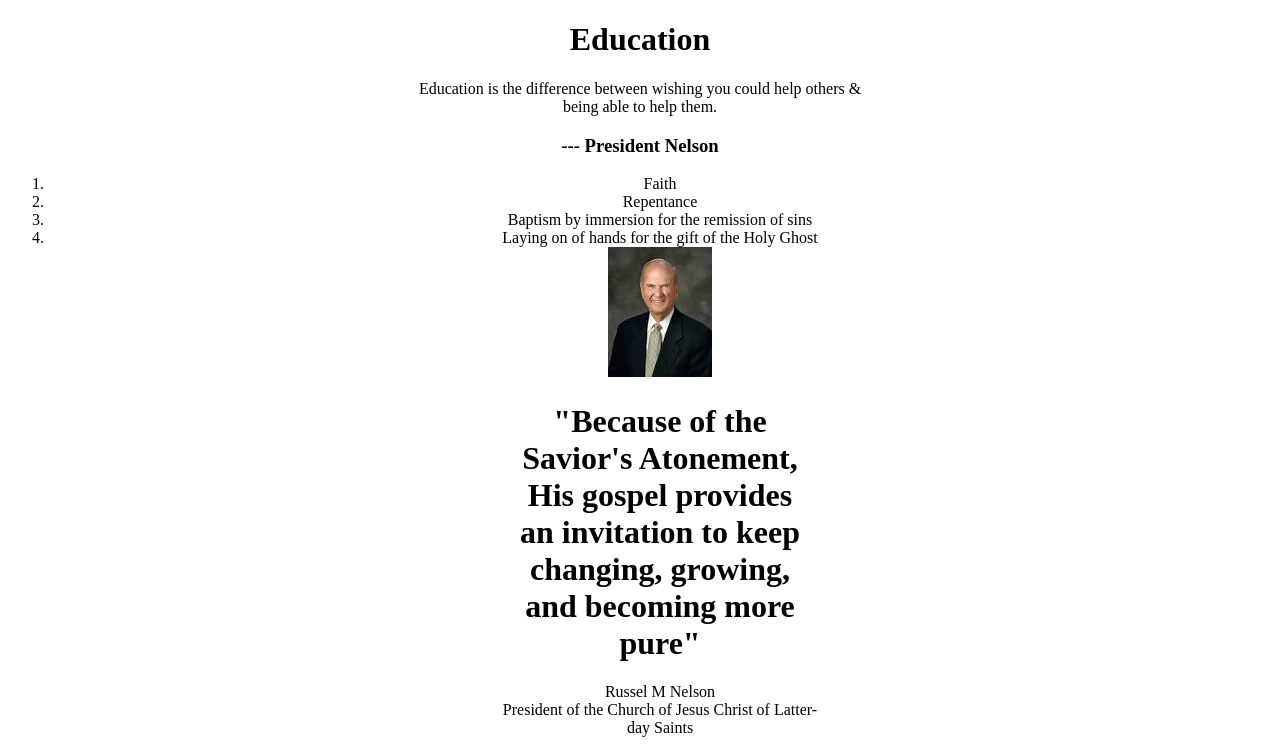
Repository: nak97/WDD-130
Page: ice challenge/index.html
These files come from the project's save history. The page is drawn as it stood at one moment and after the next save; the edit follows.
The browser window is 1280 px wide. The pictures show the whole page.

Above is the page before, as saved 2023-01-24 20:59:32.

After the next save:
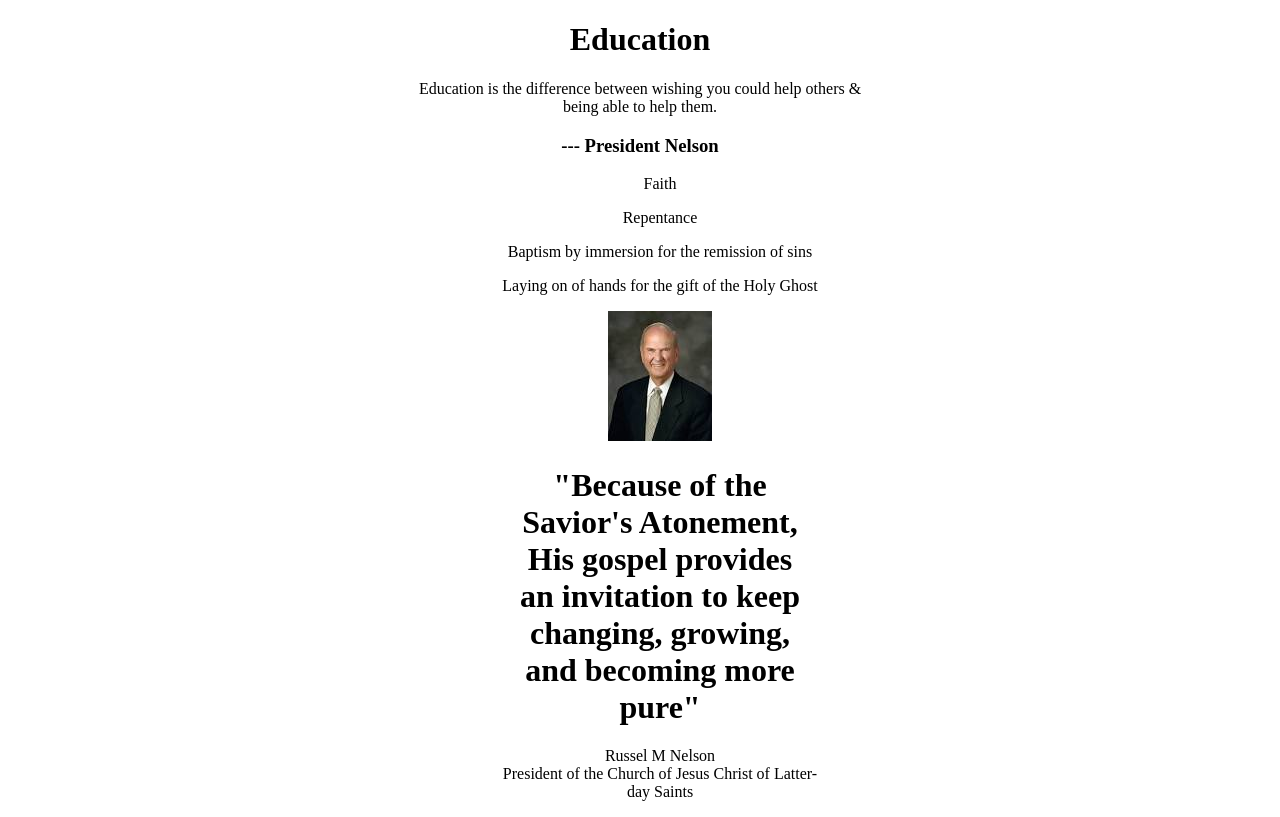
Saved 114 s later.
--- a/ice challenge/index.html
+++ b/ice challenge/index.html
@@ -16,10 +16,10 @@
    <p>Education is the difference between wishing you could help others & <br> being able to help them.</p>
    <h3>--- President Nelson</h3>
    <ol type="1">
-    <li>Faith</li>
-    <li>Repentance</li>
-    <li>Baptism by immersion for the remission of sins</li>
-    <li>Laying on of hands for the gift of the Holy Ghost</li>
+    <p>Faith</p>
+    <p>Repentance</p>
+    <p>Baptism by immersion for the remission of sins</p>
+    <p>Laying on of hands for the gift of the Holy Ghost</p>
     <img src="data:[embedded picture, 3119 characters]" alt="Pres Nelly">
 <h1>"Because of the <br> Savior's Atonement,<br> His gospel provides <br> an invitation to keep <br> changing, growing, <br> and becoming more <br> pure"</h1>
 <footer><p>Russel M Nelson <br>President of the Church of Jesus Christ of Latter- <br> day Saints</p>

After the save that followed:
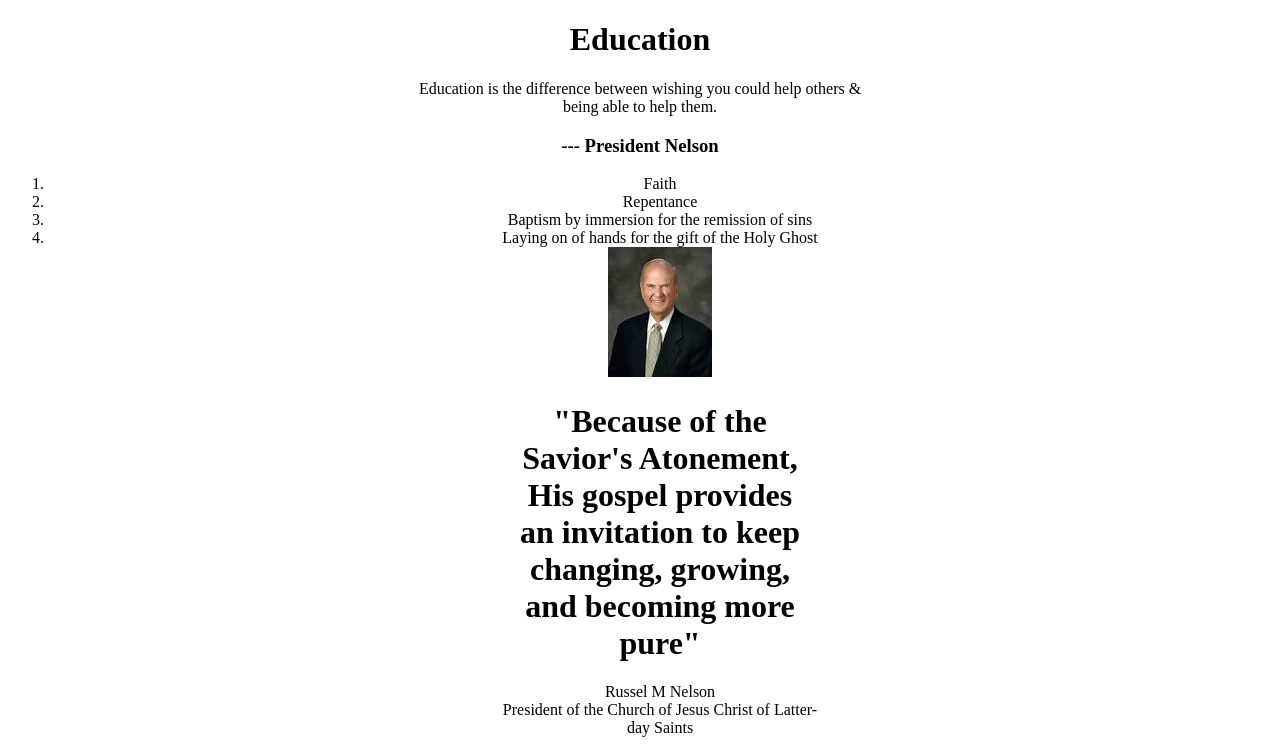
Saved 18 s later.
--- a/ice challenge/index.html
+++ b/ice challenge/index.html
@@ -16,10 +16,10 @@
    <p>Education is the difference between wishing you could help others & <br> being able to help them.</p>
    <h3>--- President Nelson</h3>
    <ol type="1">
-    <p>Faith</p>
-    <p>Repentance</p>
-    <p>Baptism by immersion for the remission of sins</p>
-    <p>Laying on of hands for the gift of the Holy Ghost</p>
+    <li>Faith</li>
+    <li>Repentance</li>
+    <li>Baptism by immersion for the remission of sins</li>
+    <li>Laying on of hands for the gift of the Holy Ghost</li>
     <img src="data:[embedded picture, 3119 characters]" alt="Pres Nelly">
 <h1>"Because of the <br> Savior's Atonement,<br> His gospel provides <br> an invitation to keep <br> changing, growing, <br> and becoming more <br> pure"</h1>
 <footer><p>Russel M Nelson <br>President of the Church of Jesus Christ of Latter- <br> day Saints</p>
